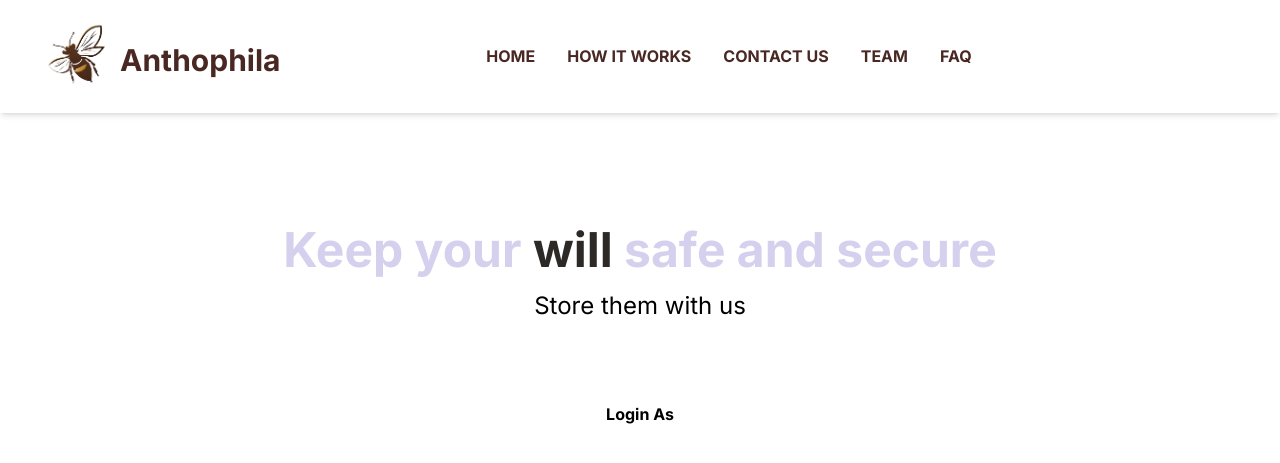
Repository: marcusdashe/anthophila
Page: /
An editor plug-in stored every save of this project. The page is shown before and after the next save, followed by the edit.
The browser window is 1280 px wide. The pictures show the whole page.
The project was rebuilt for these pictures with package versions that can differ from the ones it lists, and the page was loaded fresh each time. The framework's server and built-in components were replaced by stand-ins that run in the browser. Also part of the build but not shown: next.config.js, styles/Home.module.css.

Above is the page before, as saved 2023-02-28 17:52:47.

After the next save:
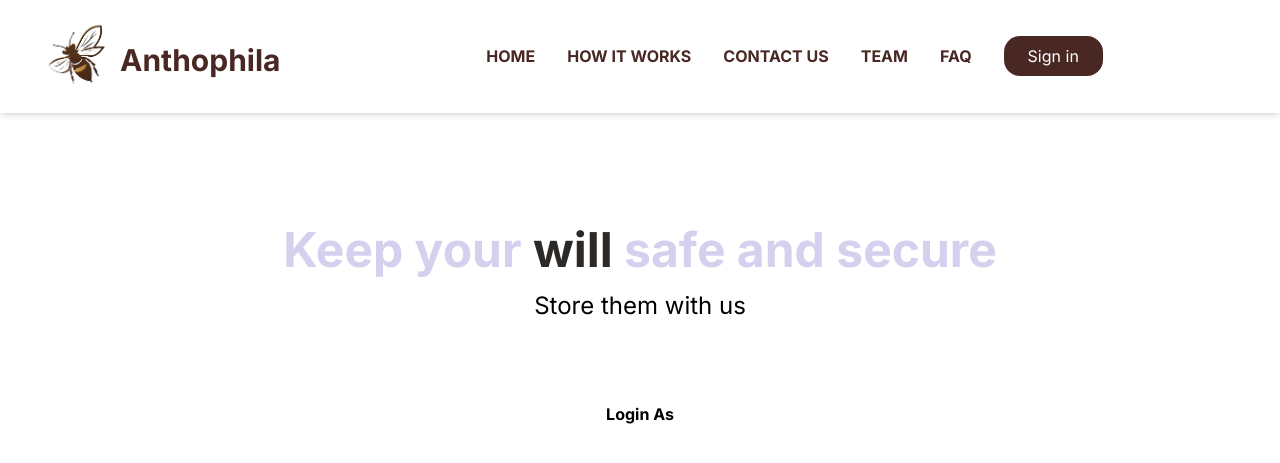
Saved 20 s later.
--- a/components/Nav.jsx
+++ b/components/Nav.jsx
@@ -32,7 +32,7 @@ export const Nav = () => {
                     <a href={link.link} key={idx} className="text-[#492823] hover:text-[#F5F1F3] duration-500">{link.name}</a>
                 </li>
               ))}
-              <Button bg={"#5F3EB2"}>Sign in</Button>
+              <Button bg={"#492823"}>Sign in</Button>
               <Button>Sign up</Button>
             </ul>
         </div>
